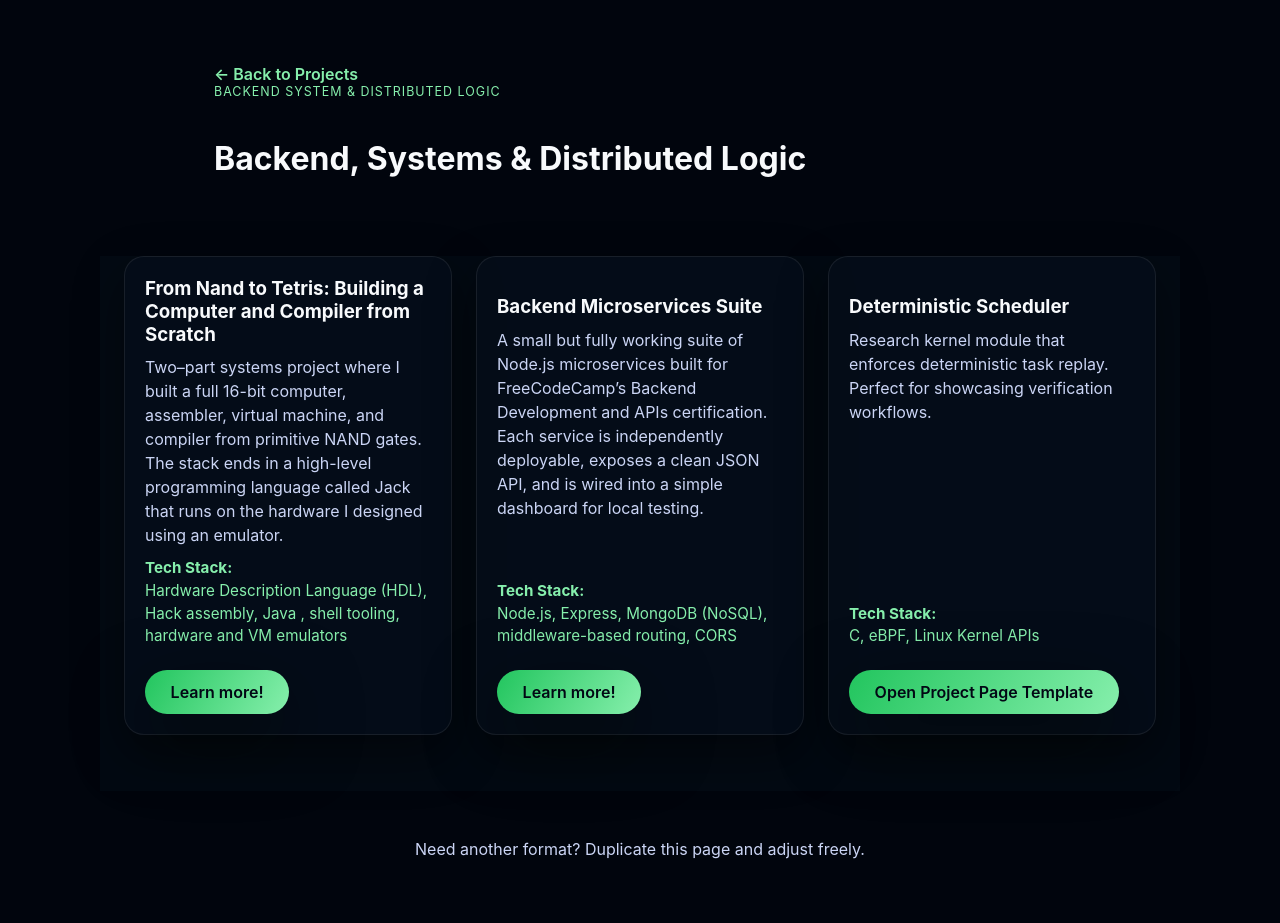
Repository: Abdulaziz-04/Abdulaziz-04.github.io
Page: projects/backend_systems.html
These files come from the project's save history. The page is drawn as it stood at one moment and after the next save; the edit follows.
The browser window is 1280 px wide. The pictures show the whole page.

Above is the page before, as saved 2025-11-20 23:24:02.

### projects/backend_systems.html
<!DOCTYPE html>
<html lang="en">
  <head>
    <meta charset="UTF-8" />
    <meta name="viewport" content="width=device-width, initial-scale=1" />
    <title>Backend, Systems &amp; Distributed Logic | Projects</title>
    <link rel="stylesheet" href="../assets/css/styles.css" />
  </head>
  <body class="category-page">
    <header class="category-hero">
      <a class="category-back" href="../index.html#projects"
        >&larr; Back to Projects</a
      >
      <a class="category-pill" href="../index.html#projects"
        >Backend System &amp; Distributed Logic</a
      >
      <br />
      <h1>Backend, Systems &amp; Distributed Logic</h1>
    </header>
    <main class="section category-section">
      <div class="project-modal-grid">
        <article class="project-modal-card">
          <div class="project-modal__body">
            <h3>
              From Nand to Tetris: Building a Computer and Compiler from Scratch
            </h3>
            <p class="project-modal__summary">
              Two–part systems project where I built a full 16-bit computer,
              assembler, virtual machine, and compiler from primitive NAND
              gates. The stack ends in a high-level programming language called
              Jack that runs on the hardware I designed using an emulator.
            </p>
            <p class="project-modal__tech">
              <strong>Tech Stack:</strong>
              Hardware Description Language (HDL), Hack assembly, Java , shell
              tooling, hardware and VM emulators
            </p>
            <div class="project-modal__actions">
              <a
                class="btn primary"
                href="../deepdives/backend_systems/nand2tetris/nand2tetris.html"
                >Learn more!</a
              >
            </div>
          </div>
        </article>

        <article class="project-modal-card">
          <div class="project-modal__body">
            <h3>Backend Microservices Suite</h3>
            <p class="project-modal__summary">
              A small but fully working suite of Node.js microservices built for
              FreeCodeCamp’s Backend Development and APIs certification. Each
              service is independently deployable, exposes a clean JSON API, and
              is wired into a simple dashboard for local testing.
            </p>
            <p class="project-modal__tech">
              <strong>Tech Stack:</strong>
              Node.js, Express, MongoDB (NoSQL), middleware-based routing, CORS
            </p>
            <div class="project-modal__actions">
              <a
                class="btn primary"
                href="../deepdives/backend_systems/microservices/microservices.html"
                >Learn more!</a
              >
            </div>
          </div>
        </article>

        <article class="project-modal-card">
          <div class="project-modal__body">
            <h3>Deterministic Scheduler</h3>
            <p class="project-modal__summary">
              Research kernel module that enforces deterministic task replay.
              Perfect for showcasing verification workflows.
            </p>
            <p class="project-modal__tech">
              <strong>Tech Stack:</strong> C, eBPF, Linux Kernel APIs
            </p>
            <div class="project-modal__actions">
              <a class="btn primary" href="project-template.html"
                >Open Project Page Template</a
              >
            </div>
          </div>
        </article>
      </div>
    </main>
    <footer class="category-footer">
      <p>Need another format? Duplicate this page and adjust freely.</p>
    </footer>
  </body>
</html>

### assets/css/styles.css
:root {
  --bg: #030a13;
  --bg-alt: #050f1f;
  --panel: #071425;
  --panel-soft: rgba(34, 197, 94, 0.08);
  --accent: #22c55e;
  --accent-strong: #86efac;
  --text: #f8fafc;
  --muted: #cbd5f5;
  --border: rgba(255, 255, 255, 0.08);
  --radius: 18px;
  --shadow: 0 25px 70px rgba(1, 8, 4, 0.55);
}

* {
  box-sizing: border-box;
}

body {
  margin: 0;
  min-height: 100vh;
  font-family: "Inter", "Segoe UI", system-ui, -apple-system, BlinkMacSystemFont,
    sans-serif;
  color: var(--text);
  background: radial-gradient(circle at 15% 35%, rgba(34, 197, 94, 0.15), transparent 45%),
    radial-gradient(circle at 80% 0%, rgba(134, 239, 172, 0.2), transparent 35%),
    #020718;
  scroll-behavior: smooth;
  padding-top: 0;
}

.modal-open {
  overflow: hidden;
}

main {
  background: var(--bg);
}

.section {
  max-width: 1080px;
  margin: 0 auto;
  padding: 3.5rem 1.5rem;
}

.site-header {
  margin: 0;
  padding: clamp(4rem, 12vw, 6rem) clamp(1.5rem, 6vw, 4rem) 3.5rem;
  background: linear-gradient(135deg, rgba(5, 18, 12, 0.9), rgba(3, 10, 19, 0.85)),
    radial-gradient(circle at top left, rgba(34, 197, 94, 0.25), transparent 55%);
  box-shadow: inset 0 1px 0 rgba(255, 255, 255, 0.05);
  min-height: 85vh;
  display: flex;
  align-items: center;
}

.hero-header {
  margin-top: 0;
  padding-top: clamp(4.5rem, 12vw, 7rem);
}

.top-nav {
  position: fixed;
  top: 0;
  left: 0;
  width: 100%;
  padding: 0.75rem clamp(1.25rem, 6vw, 4rem);
  background: rgba(4, 9, 20, 0.95);
  border-bottom: 1px solid rgba(255, 255, 255, 0.05);
  backdrop-filter: blur(14px);
  display: flex;
  align-items: center;
  justify-content: space-between;
  gap: 1rem;
  z-index: 50;
}

.top-nav__brand {
  font-size: 0.85rem;
  letter-spacing: 0.3em;
  text-transform: uppercase;
  color: var(--muted);
}

.top-nav__links {
  display: flex;
  align-items: center;
  gap: 0.9rem;
  flex-wrap: wrap;
}

.nav-link {
  text-decoration: none;
  color: var(--muted);
  font-weight: 600;
  letter-spacing: 0.08em;
  text-transform: uppercase;
  padding: 0.4rem 0.85rem;
  border-radius: 999px;
  transition: color 0.2s ease, background 0.2s ease;
}

.nav-link:hover {
  color: var(--text);
}

.nav-link.active {
  background: var(--accent);
  color: #03140c;
}

.hire-btn {
  cursor: pointer;
  background: var(--accent);
  color: black;
  padding: 0.95rem 2.4rem;
  font-size: 1.1rem;
  font-weight: 700;
  border: none;
  border-radius: 999px;
  box-shadow: 0 12px 28px rgba(34, 197, 94, 0.35);
}

.hero-grid {
  display: grid;
  grid-template-columns: minmax(0, 1.4fr) minmax(220px, 320px);
  gap: clamp(2rem, 4vw, 3.5rem);
  width: 100%;
  align-items: start;
}

.hero-text h1 {
  font-size: clamp(2.5rem, 5vw, 3.8rem);
  margin: 0.2rem 0 0.8rem;
}

.hero-lede {
  color: var(--muted);
  font-size: 1.05rem;
  max-width: 560px;
  line-height: 1.6;
}

.eyebrow {
  text-transform: uppercase;
  color: var(--accent-strong);
}

.hero-summary {
  margin: 1.5rem 0 1.75rem;
  color: var(--muted);
}

.summary-list {
  font-size: large;
  margin: 0;
  padding-left: 1.5rem;
}

.summary-list li {
  margin-bottom: 0.55rem;
  line-height: 1.5;
}

.hero-actions {
  display: flex;
  flex-wrap: wrap;
  gap: 1rem;
  width: 100%;
}

.hero-actions .hire-btn {
  padding: 1.1rem 2.8rem;
  font-size: 1.2rem;
}

.btn {
  display: inline-flex;
  align-items: center;
  justify-content: center;
  gap: 0.4rem;
  padding: 0.75rem 1.6rem;
  border-radius: 999px;
  text-decoration: none;
  font-weight: 600;
  transition: transform 0.2s ease, box-shadow 0.2s ease;
}

.btn.primary {
  background: linear-gradient(120deg, var(--accent), var(--accent-strong));
  color: #020714;
  box-shadow: var(--shadow);
}

.btn.secondary {
  border: 1px solid var(--accent);
  color: var(--accent-strong);
}

.btn:hover {
  transform: translateY(-2px);
}

.hero-photo {
  justify-self: center;
}

.hero-photo img {
  width: clamp(220px, 18vw, 280px);
  border-radius: 28px;
  border: 1px solid rgba(134, 239, 172, 0.2);
  box-shadow: 0 20px 60px rgba(0, 0, 0, 0.6);
  filter: saturate(1.05);
}

.section h2 {
  margin-top: 0;
  font-size: 2rem;
}

.experience-grid {
  display: grid;
  grid-template-columns: repeat(auto-fit, minmax(300px, 1fr));
  gap: 1.75rem;
}

.experience-title {
  display: flex;
  justify-content: space-between;
  align-items: center;
  gap: 1rem;
  font-size: 1.2rem;
}

.experience-title .role {
  color: var(--text); /* default text color */
  font-weight: 600;
}

.experience-title .org {
  color:#6DF9C9;
  white-space: nowrap;
}

.experience-card,
.project-card {
  background: linear-gradient(145deg, var(--panel), rgba(6, 14, 18, 0.9));
  border-radius: var(--radius);
  border: 1px solid var(--border);
  padding: 1.75rem;
  box-shadow: var(--shadow);
}

.timeline {
  border-left: 2px solid var(--border);
  margin-top: 1.25rem;
}

.timeline-item {
  padding-left: 1.75rem;
  margin-bottom: 1.75rem;
  position: relative;
}

.timeline-header {
  display: flex;
  justify-content: space-between;
  align-items: baseline;
  gap: 1rem;
}

.timeline-header h3 {
  margin: 0;
}

.education-title {
  display: flex;
  justify-content: space-between;
  gap: 0.75rem;
  align-items: baseline;
  flex-wrap: wrap;
}

.edu-gpa {
  color: var(--accent-strong);
  white-space: nowrap;
  font-size: 0.95rem;
}





.hire-modal {
  position: fixed;
  inset: 0;
  background: rgba(5, 9, 18, 0.8);
  display: flex;
  justify-content: center;
  align-items: center;
  z-index: 100;
}

.hire-modal[hidden] {
  display: none;
}

.hire-modal__panel {
  background: #050b16;
  border: 1px solid rgba(255, 255, 255, 0.08);
  border-radius: 22px;
  padding: 1.75rem;
  width: min(90%, 420px);
  box-shadow: 0 30px 80px rgba(0, 0, 0, 0.55);
  position: relative;
  color: var(--text);
}

.hire-modal__panel p {
  color: var(--muted);
}

.hire-modal__close {
  position: absolute;
  top: 0.5rem;
  right: 0.75rem;
  background: var(--accent);
  color: #02120b;
  border: none;
  font-size: 1.35rem;
  font-weight: 700;
  cursor: pointer;
  width: 2.25rem;
  height: 2.25rem;
  border-radius: 999px;
  display: inline-flex;
  align-items: center;
  justify-content: center;
  line-height: 1;
}

.hire-options {
  display: flex;
  flex-direction: column;
  gap: 0.75rem;
  margin-top: 1rem;
}

.hire-option {
  display: flex;
  justify-content: space-between;
  align-items: center;
  padding: 0.85rem 1rem;
  border-radius: 1rem;
  text-decoration: none;
  color: var(--text);
  border: 1px solid rgba(255, 255, 255, 0.08);
  background: rgba(255, 255, 255, 0.02);
  transition: background 0.2s ease, transform 0.2s ease;
}

.hire-option:hover {
  background: rgba(34, 197, 94, 0.18);
  transform: translateY(-2px);
}

.hire-option small {
  color: var(--muted);
  letter-spacing: 0.04em;
}

.hire-modal__action {
  margin-top: 1.5rem;
  width: 100%;
  text-align: center;
}

.timeline-item::before {
  content: "";
  width: 11px;
  height: 11px;
  border-radius: 999px;
  background: var(--accent);
  box-shadow: 0 0 16px rgba(34, 197, 94, 0.8);
  position: absolute;
  left: -6px;
  top: 4px;
}

.timeline-date {
  font-size: 0.85rem;
  letter-spacing: 0.1em;
  text-transform: uppercase;
  color: var(--muted);
}

.course-dropdown {
  margin-top: 1.5rem;
}

.course-toggle {
  width: 100%;
  background: transparent;
  border: 1px solid rgba(255, 255, 255, 0.08);
  border-radius: var(--radius);
  padding: 0.75rem 1.1rem;
  color: var(--text);
  font: inherit;
  font-weight: 600;
  letter-spacing: 0.04em;
  display: flex;
  justify-content: space-between;
  align-items: center;
  cursor: pointer;
  transition: border-color 0.2s ease, transform 0.2s ease, box-shadow 0.2s ease;
}

.course-toggle:hover {
  border-color: rgba(134, 239, 172, 0.7);
  box-shadow: 0 0 20px rgba(34, 197, 94, 0.25);
  transform: translateY(-1px);
}

.course-toggle__icon {
  font-size: 1.1rem;
  line-height: 1;
  transition: transform 0.25s ease;
}

.course-toggle[aria-expanded='true'] .course-toggle__icon {
  transform: rotate(45deg);
}

.course-panel {
  margin-top: 1rem;
  border-left: 2px solid rgba(134, 239, 172, 0.3);
  padding-left: 1.25rem;
}

.course-panel[hidden] {
  display: none;
}

.course-panel__body h4 {
  margin-top: 1rem;
  margin-bottom: 0.5rem;
}

.certifications-list {
  display: grid;
  gap: 1rem;
  margin-top: 1rem;
}

#certifications {
  scroll-margin-top: 140px;
}

.cert-list {
  list-style: none;
  padding: 0;
  margin: 0;
  display: flex;
  flex-direction: column;
  gap: 0.75rem;
}

.cert-title {
  font-weight: 700;
}

.cert-meta {
  font-size: 0.95rem;
  color: var(--muted);
}

.loading-text,
.loading-error {
  color: var(--muted);
  font-style: italic;
}

.loading-error {
  color: #fda4af;
}

.project-card--featured {
  display: flex;
  flex-wrap: wrap;
  gap: 1.5rem;
}

.project-media img {
  max-width: 280px;
  border-radius: var(--radius);
  border: 1px solid rgba(34, 197, 94, 0.3);
}

.project-grid {
  display: grid;
  grid-template-columns: repeat(auto-fit, minmax(240px, 1fr));
  gap: 1.25rem;
  margin-top: 1rem;
}

.projects-overview .projects-lede {
  color: var(--muted);
  max-width: 760px;
  margin-bottom: 2rem;
}

.project-category-grid {
  display: grid;
  grid-template-columns: repeat(auto-fit, minmax(260px, 1fr));
  gap: 1.5rem;
  margin-top: 2rem;
}

.project-category-card {
  border: 1px solid var(--border);
  border-radius: var(--radius);
  padding: 1.75rem;
  background: rgba(7, 19, 33, 0.85);
  display: flex;
  flex-direction: column;
  gap: 0.75rem;
  box-shadow: 0 15px 40px rgba(0, 0, 0, 0.35);
  min-height: 260px;
}

.category-pill {
  text-transform: uppercase;
  letter-spacing: 0.08em;
  font-size: 0.78rem;
  color: var(--accent-strong);
  margin: 0;
  display: block;
  min-height: 2.2em;
  text-decoration: none;
  cursor: pointer;
}

.project-category-card h3 {
  margin: 0;
  line-height: 1.35;
  min-height: 3.2em;
}

.project-category-card > p:not(.category-pill) {
  margin: 0;
  line-height: 1.5;
  min-height: 4.4em;
}

.category-link {
  align-self: flex-start;
  margin-top: auto;
}

.category-page {
  background: #01050d;
  color: var(--text);
  min-height: 100vh;
  margin: 0;
}

.category-hero {
  max-width: 900px;
  margin: 0 auto;
  padding: 4rem 1.5rem 2rem;
  text-align: left;
}

.category-hero h1 {
  margin-top: 0.5rem;
}

.category-back {
  text-decoration: none;
  color: var(--accent-strong);
  font-weight: 600;
}

.category-section {
  padding-top: 0;
}

.category-description {
  color: var(--muted);
  max-width: 720px;
}

.project-modal-grid {
  display: grid;
  grid-template-columns: repeat(auto-fit, minmax(280px, 1fr));
  gap: 1.5rem;
  margin-top: 1.5rem;
  align-items: stretch;
  grid-auto-rows: 1fr;
}

.project-modal-card {
  border: 1px solid rgba(255, 255, 255, 0.08);
  border-radius: 20px;
  padding: 1.25rem;
  background: rgba(5, 13, 25, 0.95);
  display: flex;
  flex-direction: column;
  gap: 1rem;
  box-shadow: 0 20px 50px rgba(0, 0, 0, 0.45);
  height: 100%;
}

.project-modal__body {
  display: grid;
  grid-template-rows: auto 1fr auto auto;
  gap: 0.6rem;
  height: 100%;
}

.project-modal-card h3 {
  margin: 0;
  min-height: 2.6rem;
  display: flex;
  align-items: flex-end;
}

.project-modal__body h3,
.project-modal__body p {
  margin: 0;
}

.project-modal__summary {
  color: var(--muted);
  line-height: 1.5;
  min-height: 0;
}

.project-modal__tech {
  font-size: 0.95rem;
  color: var(--accent-strong);
  min-height: 2.4rem;
  line-height: 1.5;
}

.project-modal__tech strong,
.project-modal__tech b {
  display: block;
}

.project-modal__actions {
  display: flex;
  gap: 0.75rem;
  flex-wrap: wrap;
  margin-top: auto;
  padding-top: 0.75rem;
}

.category-footer {
  text-align: center;
  color: var(--muted);
  padding: 2rem 1rem 3rem;
}

.project-detail-page {
  background: #01050d;
  color: var(--text);
  margin: 0;
}

.detail-hero {
  max-width: 960px;
  margin: 0 auto;
  padding: 4rem 1.5rem 2rem;
}

.detail-summary {
  color: var(--muted);
  font-size: 1.1rem;
}

.detail-meta {
  list-style: none;
  padding: 0;
  margin: 1.5rem 0 0;
  display: flex;
  flex-wrap: wrap;
  gap: 1rem 2rem;
  color: var(--accent-strong);
}

.detail-content {
  padding-top: 0;
}

.home-page p,
.home-page li,
.home-page .course-panel__body {
  text-align: justify;
}

.home-page .projects-overview p,
.home-page .project-category-card p {
  text-align: left;
}

.project-detail-page p,
.project-detail-page li {
  text-align: justify;
}

.detail-section {
  margin-bottom: 2.5rem;
}

.detail-gallery {
  display: flex;
  flex-direction: column;
  gap: 1.5rem;
}

.detail-gallery .gallery-row {
  display: flex;
  flex-direction: column;
  gap: 1.75rem;
  align-items: center;
}

.detail-gallery .gallery-row--two {
  width: 100%;
  display: grid;
  grid-template-columns: repeat(auto-fit, minmax(280px, 1fr));
  gap: 1.25rem;
  align-items: start;
}

.detail-gallery .gallery-item {
  flex: 0 0 auto;
  max-width: 880px;
  margin: 0 auto;
  text-align: center;
}

.detail-gallery .gallery-item figcaption {
  text-align: center;
}

.detail-gallery .gallery-item img {
  display: block;
  width: 100%;
  height: auto;
  border-radius: 12px;
  border: 1px solid rgba(255, 255, 255, 0.08);
  margin: 0 auto;
  transform: none;
}

.detail-video {
  display: block;
  width: 100%;
  max-width: 720px;
  height: auto;
  margin: 0 auto;
  border-radius: 12px;
  border: 1px solid rgba(255, 255, 255, 0.08);
  background: #000;
}

.detail-gallery__grid {
  display: grid;
  grid-template-columns: repeat(auto-fit, minmax(240px, 1fr));
  gap: 1.25rem;
}

.detail-gallery__grid img {
  width: 100%;
  border-radius: 14px;
  border: 1px solid rgba(255, 255, 255, 0.08);
}

.detail-snippet pre {
  background: #020714;
  padding: 1.25rem;
  border-radius: 16px;
  border: 1px solid rgba(255, 255, 255, 0.08);
  overflow-x: auto;
}

.code-emphasis {
  font-size: 1.4em;
}

.skills-list {
  display: flex;
  flex-wrap: wrap;
  gap: 0.65rem;
}

.skill-pill {
  --pill-bg: rgba(148, 163, 184, 0.15);
  --pill-color: #f8fafc;
  --pill-icon: rgba(255, 255, 255, 0.85);
  display: inline-flex;
  align-items: center;
  gap: 0.4rem;
  padding: 0.45rem 0.9rem;
  border-radius: 0.85rem;
  background: var(--pill-bg);
  color: var(--pill-color);
  font-size: 0.78rem;
  font-weight: 700;
  letter-spacing: 0.05em;
  text-transform: uppercase;
  border: 1px solid rgba(255, 255, 255, 0.06);
  box-shadow: 0 6px 14px rgba(0, 0, 0, 0.25);
}

.skill-pill i {
  font-size: 1rem;
  color: var(--pill-icon);
}

.site-footer {
  text-align: center;
  display: flex;
  justify-content: center;
  padding: 2.5rem 1rem 3rem;
  color: var(--muted);
  border-top: 1px solid var(--border);
  background: linear-gradient(180deg, rgba(5, 9, 18, 0.98), rgba(2, 7, 24, 0.95));
  margin-top: 0;
  box-shadow: 0 -18px 45px rgba(0, 0, 0, 0.45);
}

.site-footer p {
  margin: 0;
}

@media (max-width: 1024px) {
  .hero-grid {
    grid-template-columns: 1fr;
    text-align: center;
  }

  .hero-photo {
    order: -1;
  }

  .top-nav {
    flex-direction: column;
    align-items: flex-start;
    gap: 0.5rem;
  }

  .top-nav__links {
    width: 100%;
    justify-content: flex-start;
    gap: 0.5rem;
  }

  .hire-btn {
    width: 100%;
    text-align: center;
  }
}

@media (max-width: 640px) {
  .hero-header {
    padding-top: 9rem;
  }

  .experience-title {
    flex-direction: column;
    align-items: flex-start;
    gap: 0.35rem;
    font-size: 1.05rem;
  }

  .experience-title .org {
    white-space: normal;
    width: 100%;
  }
}


/* Medium size for first GIF */
.gallery-item--medium {
  text-align: center;
}

.gallery-item--medium img {
  max-width: 720px;
  width: 100%;
  height: auto;
  display: block;
  margin: 0 auto;
}

.gallery-item figcaption {
  margin-top: 0.95rem;
  color: var(--muted);
  line-height: 1.5;
}

.hero-screens {
  display: flex;
  flex-wrap: wrap;
  justify-content: center;
  align-items: flex-start;
  gap: 1.25rem;
}

.hero-screens .gallery-item {
  max-width: 220px;
  width: 100%;
  display: flex;
  flex-direction: column;
  align-items: center;
}

.hero-screens .gallery-item img {
  width: 100%;
  height: 420px;
  display: block;
  margin: 0 auto;
  object-fit: contain;
}

.hero-screens .gallery-item figcaption {
  text-align: center;
  margin-top: 0.75rem;
}


a {
  color: #b6f5c9;
}

a:hover {
  color: #8ef0af;
}

After the next save:
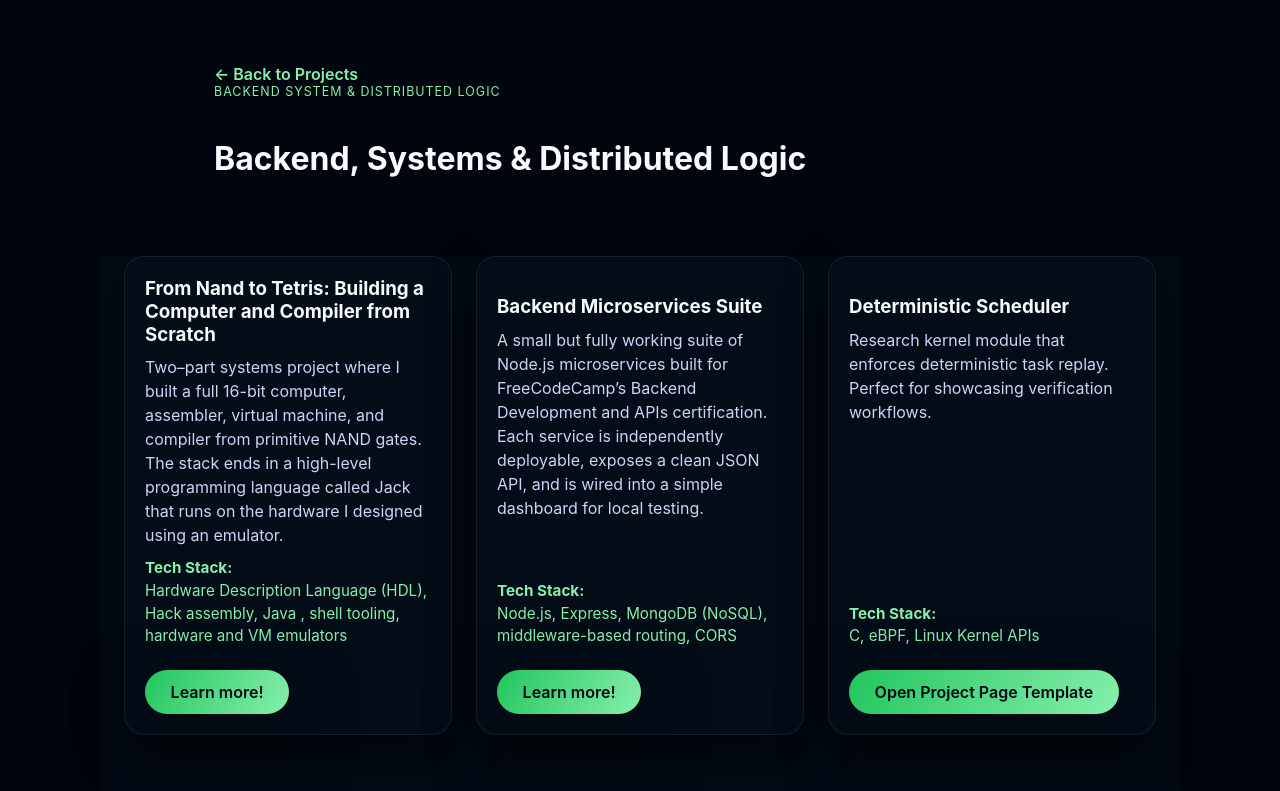
Saved 6 min 55 s later.
--- a/projects/backend_systems.html
+++ b/projects/backend_systems.html
@@ -87,8 +87,5 @@
         </article>
       </div>
     </main>
-    <footer class="category-footer">
-      <p>Need another format? Duplicate this page and adjust freely.</p>
-    </footer>
   </body>
 </html>
